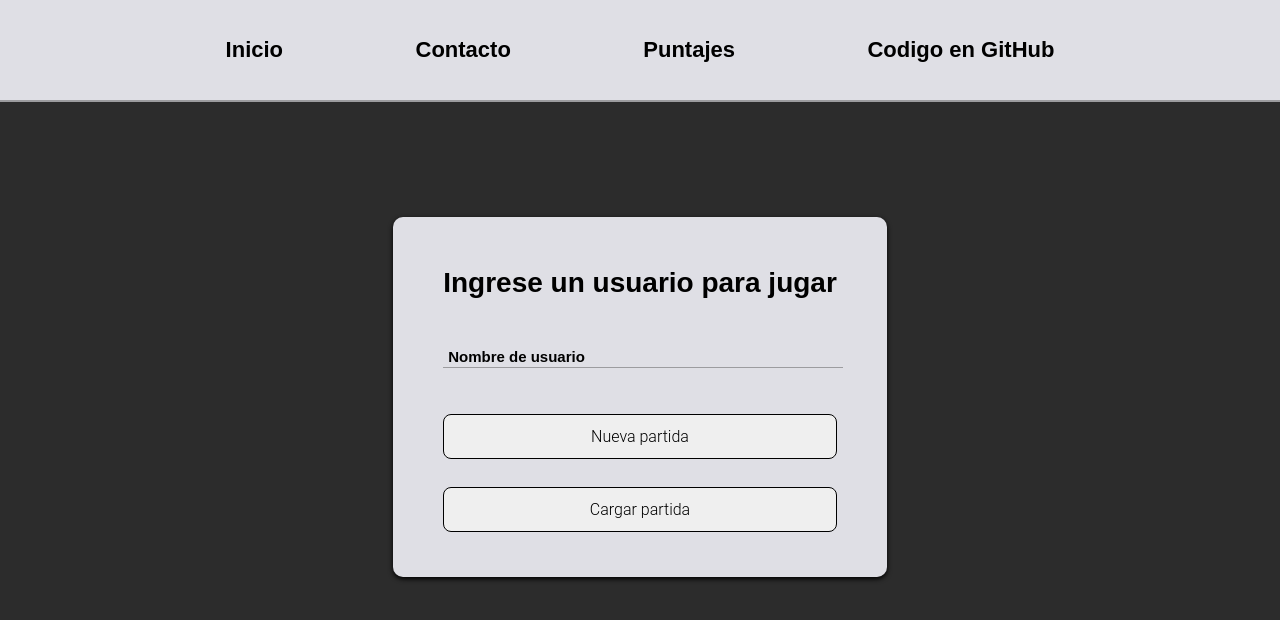
Repository: FacundoKinderknecht/FacundoKinderknecht_Wordle_Game_LPPA
Page: index.html
The author's editor kept a copy of each file at every save. The page is drawn from the files as they stood at one save, then again after the next save.
The browser window is 1280 px wide. The pictures show the whole page.

Above is the page before, as saved 2023-08-08 09:23:17.

### index.html
<!DOCTYPE html>
<html lang="en">
    <head>
        <meta charset="UTF-8">
        <meta http-equiv="X-UA-Compatible" content="IE=edge">
        <meta name="viewport" content="width=device-width, initial-scale=1.0">

        <link rel ="stylesheet" href="..css/reset.css">
        <link rel="stylesheet" href="../css/styles.css">
        <link rel="stylesheet" href="../css/index.css">

        <script src="../js/index.js"></script>

        <title>Final LPPA Facundo Kinderknecht</title>
    </head>
    <body>
        <header>
            <nav class="navbar">
                <a href="../index.html">Inicio</a>
                <a href="">Contacto</a>
                <a href="../html/puntajes.html">Puntajes</a>
                <a href="https://github.com/FacundoKinderknecht/FacundoKinderknecht_Wordle_Game_LPPA" target="_blank">Codigo en GitHub</a>
            </nav>
        </header>

        <div class="form-container">
            <form class="form-user">
                <h2 class="form-title">Ingrese un usuario para jugar</h2>
                <fieldset class="form-login">
                    <input class="form-txt" id="txt-user" placeholder="">
                    <label class="form-lbl" id="lbl-user" for="txt-user">Nombre de usuario</label>
                </fieldset>
                <input type="button" class="form-button" value="Nueva partida" id="btn-new">
                <input type="button" class="form-button" value="Cargar partida" id="btn-load">
                <label class="form-txt-error hidden" id="lblErrorEmpty">Debe ingresar un usuario</label>
                <label class="form-txt-error hidden" id="error-new">Ese usuario ya tiene partida</label>
                <label class="form-txt-error hidden" id="error-load">No hay partida para ese usuario</label>
            </form>
        </div>
    </body>
</html>

### css/reset.css
/* http://meyerweb.com/eric/tools/css/reset/
   v2.0 | 20110126
   License: none (public domain)
*/

html, body, div, span, applet, object, iframe,
h1, h2, h3, h4, h5, h6, p, blockquote, pre,
a, abbr, acronym, address, big, cite, code,
del, dfn, em, img, ins, kbd, q, s, samp,
small, strike, strong, sub, sup, tt, var,
b, u, i, center,
dl, dt, dd, ol, ul, li,
fieldset, form, label, legend,
table, caption, tbody, tfoot, thead, tr, th, td,
article, aside, canvas, details, embed,
figure, figcaption, footer, header, hgroup,
menu, nav, output, ruby, section, summary,
time, mark, audio, video {
	margin: 0;
	padding: 0;
	border: 0;
	font-size: 100%;
	font: inherit;
	vertical-align: baseline;
}

### css/styles.css
body{
    font-family: Arial, Helvetica, sans-serif;
    background-color: rgba(0, 0, 0, 0.827);
    display:flex;
    align-items: center;
    flex-direction: column;
}

header{
    width: 100%;
    height: 100px;
    margin-bottom: 15px;
    display: flex;
    justify-content: justify-content;
    align-items: center;
    background-color: rgba(248, 248, 255, 0.874);
    border-bottom: 2px solid rgb(87, 87, 87, 0.49);
}

header nav{
    display:flexbox;
    justify-content: justify-content;
    align-items:center;
    text-align: center;
    width: 100%;
}

header nav a{
    text-decoration: none;
    align-items:center;
    font-weight: bold;
    font-size: 22px;
    color: black;
    margin: 5%;
}

.hidden {
    display:none;
}

### css/index.css
form{
    background-color: rgba(248, 248, 255, 0.874);
    margin: 100px auto;
    width: 90%;
    max-width: 400px;
    padding: 50px;
    padding-bottom: 25px;
    border-radius: 10px;
    box-shadow: 0px 2px 5px;
    text-align: center;
}

.form-title{
    font-size: 28px;
    margin-bottom: 40px;
    font-weight: 700;
}

.form-container{
    margin-top: 50px;
    display:flex;
    margin: auto;
}

.form-login{
    width: 100%;
    position: relative;
    margin-bottom: 30px;
}

.form-txt{
    width: 100%;
    background: none;
    margin-bottom: 8px;
    color: rgb(27, 27, 27);
    font-size: 16px;
    padding: 5px 3px;
    border:none;
    outline:none;
    border-bottom: 1px solid rgb(87, 87, 87, 0.49);
}

.form-txt:focus + .form-lbl, .form-txt:not(:placeholder-shown) + .form-lbl{
    transform: translateY(-13px) scale(0.9);
    transform-origin: left top;
}

.form-lbl{
    position:absolute;
    font-size: 15px;
    top:0;
    left:5px;
    font-weight: bold;
    transform: translateY(9px);
    transform-origin: left bottom;
    transition: transform .5s;
}

.form-txt-error{
    width: 100%;
    color:rgb(255, 0, 0);
    text-align: center;
}

.form-button{
    width: 100%;
    font-family: 'Roboto', sans-serif;
    font-weight: 300;
    font-size: 16px;
    padding: 12px 0px;
    border: 1px solid;
    border-radius: 8px;
    cursor: pointer;
    transition: background-color .3s;
    margin-top: 8px;
    margin-bottom: 20px;
}

.hidden{
    display: none;
}

### js/index.js
function getElements() {
    user = document.getElementById("txt-user")
    btnNew = document.getElementById("btn-new")
    btnLoad = document.getElementById("btn-load")
    lblErrorNew = document.getElementById("error-new")
    lblErrorLoad = document.getElementById("error-load")
}

window.onload = () => {
    getElements()
    hideLabels()


    //cuando presiono el boton nuevo juego chequeo las partidas guardas y logueo el usuario
    btnNew.onclick = (e) => {
        hideLabels()
        let currentUser = user.value
        if (currentUser) {
            if (localStorage.getItem(`saveGame${currentUser}`) === null) {
                sessionStorage.setItem("user", user.value)
                sessionStorage.setItem("isNew", true)
                location.href = '/html/wordle.html'
            } else {
                lblErrorNew.classList.toggle("hidden", false)
            }
        } else {
            lblErrorEmpty.classList.toggle("hidden", false)
        }
    }

    //cuando presiono el boton cargar partida chequeo las partidas guardas cargo una y logueo el usuario
    btnLoad.onclick = (e) => {
        hideLabels()
        let currentUser = user.value
        if (currentUser) {
            if ((`saveGame${currentUser}` in localStorage)) {
                sessionStorage.setItem("user", user.value)
                sessionStorage.setItem("isNew", "false")
                location.href = '/html/wordle.html'
            } else {
                lblErrorLoad.classList.toggle("hidden", false)
            }
        } else {
            lblErrorEmpty.classList.toggle("hidden", false)
        }
    }


    function hideLabels() {
        user.onfocus = () => {
            lblErrorEmpty.classList.toggle("hidden", true)
        }
    }
}

After the next save:
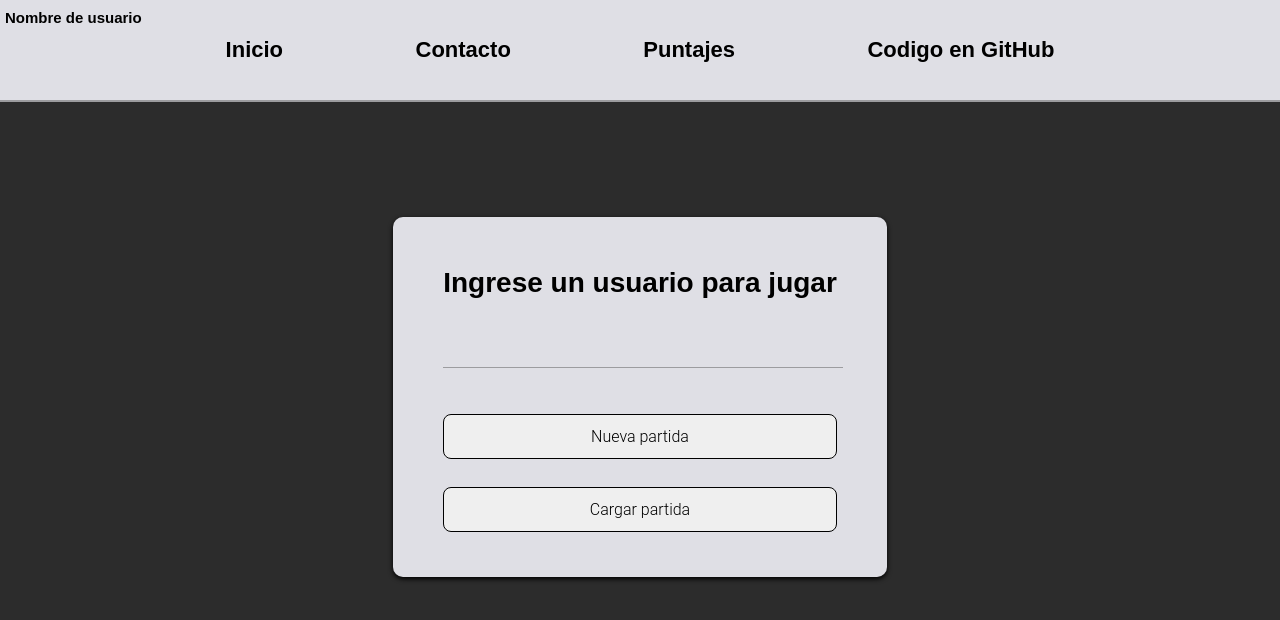
Saved 17 s later.
--- a/css/index.css
+++ b/css/index.css
@@ -24,7 +24,6 @@
 
 .form-login{
     width: 100%;
-    position: relative;
     margin-bottom: 30px;
 }
 

After the save that followed:
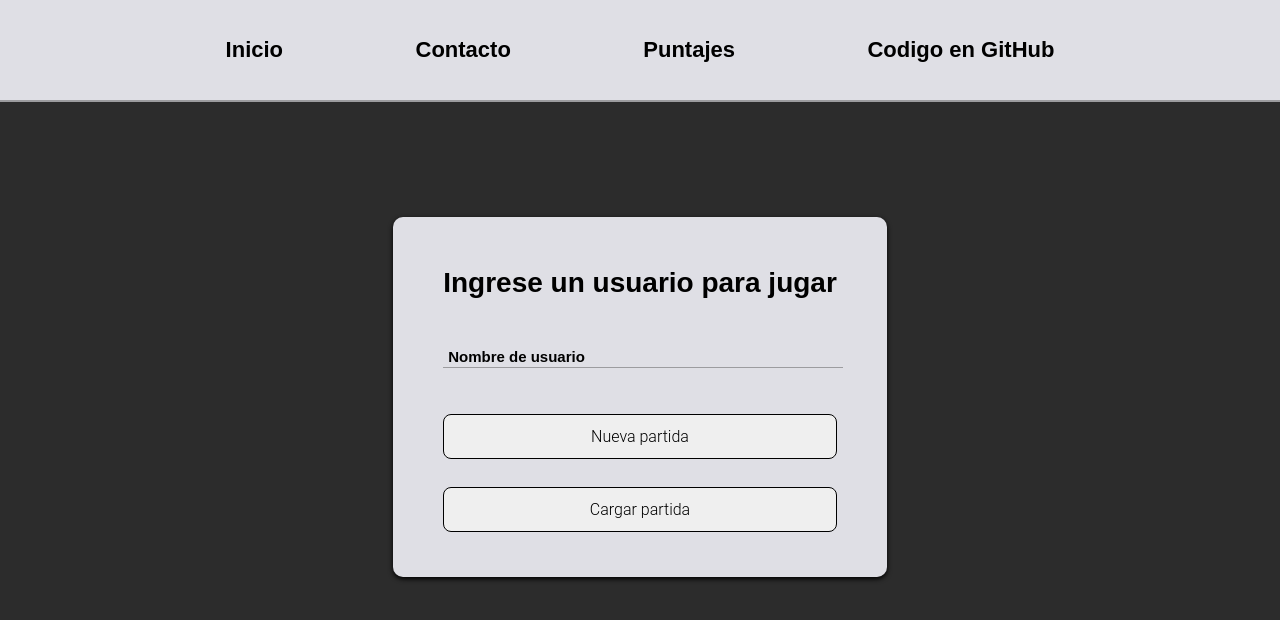
Saved 29 s later.
--- a/css/index.css
+++ b/css/index.css
@@ -24,6 +24,7 @@
 
 .form-login{
     width: 100%;
+    position: relative;
     margin-bottom: 30px;
 }
 
